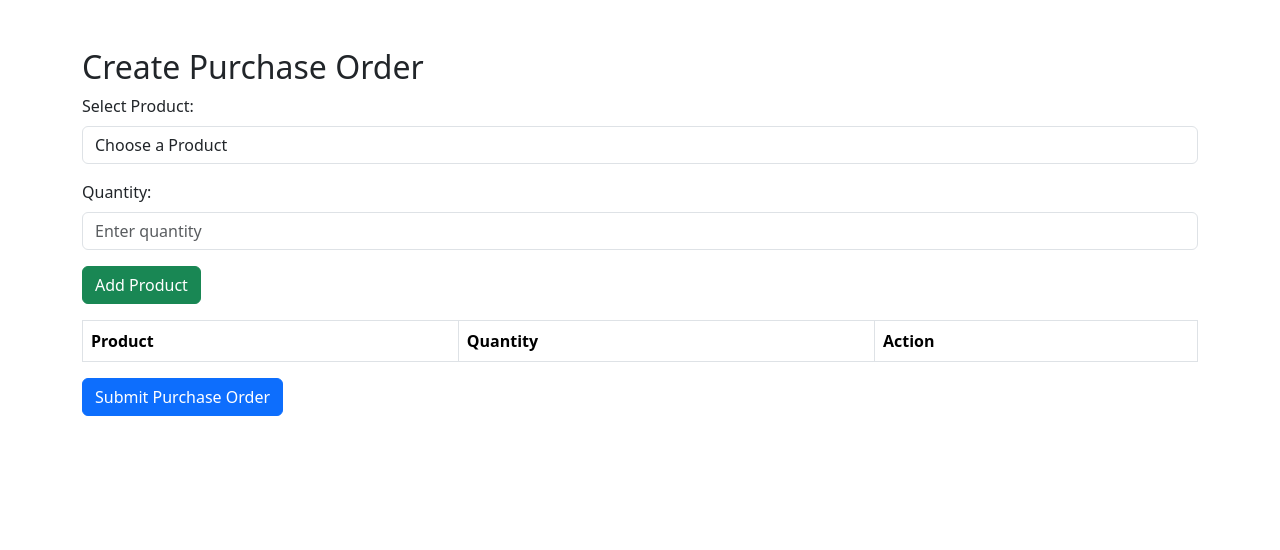
Repository: AditiAjitSalvi/Inventory_Managment
Page: http://localhost/Paper_inventory/Purchase_order.jsp
These files come from the project's save history. The page is drawn as it stood at one moment and after the next save; the edit follows.
The browser window is 1280 px wide. The pictures show the whole page.
The page is served by Tomcat 10. Other server files are loaded and not shown. Queries for data that is not in the repository find no rows.

Above is the page before, as saved 2025-06-03 05:45:57.

### Paper_inventory/Paper_inventory/src/main/webapp/Purchase_order.jsp
<%@ page language="java" contentType="text/html; charset=UTF-8"
	pageEncoding="UTF-8"%>
<%@ page import="java.sql.*"%>
<%@page import="java.sql.DriverManager"%>
<%@page import="com.mysql.cj.jdbc.Driver"%>
<%@page import="java.sql.ResultSet"%>
<%@page import="java.sql.Statement"%>
<%@page import="java.sql.Connection"%>
<!DOCTYPE html>
<html>
<head>
<meta charset="UTF-8">
<meta name="viewport" content="width=device-width, initial-scale=1.0">
<title>Create Purchase Order</title>
<link
	href="https://cdn.jsdelivr.net/npm/bootstrap@5.3.2/dist/css/bootstrap.min.css"
	rel="stylesheet">
</head>
<body>
	<div class="container mt-5">
		<h2>Create Purchase Order</h2>
		<form action="SavePurchase.jsp" method="post" id="purchaseForm">

			<!-- Product Dropdown -->
			<div class="mb-3">
				<label for="product" class="form-label">Select Product:</label> <select
					class="form-control" id="product" name="product">
					<!-- Add name if needed -->
					<option value="" disabled selected>Choose a Product</option>
					<%
    try {
      Class.forName("com.mysql.cj.jdbc.Driver");
      Connection con = DriverManager.getConnection("jdbc:mysql://localhost:3307/inventory", "root", "");
      Statement stmt = con.createStatement();
      ResultSet rs = stmt.executeQuery("SELECT product_id, product_name FROM products");
      while(rs.next()){
  %>
					<option value="<%= rs.getInt("product_id") %>"
						data-name="<%= rs.getString("product_name") %>">
						<%= rs.getString("product_name") %>
					</option>
					<%
      }
      con.close();
    } catch(Exception e) {
      out.println("Error loading products: " + e.getMessage());
    }
  %>
				</select>
			</div>

			<!-- Quantity Input -->
			<div class="mb-3">
				<label for="quantity" class="form-label">Quantity:</label> <input
					type="number" class="form-control" id="quantity" min="1"
					placeholder="Enter quantity">
			</div>

			<!-- Button to add product to order list -->
			<button type="button" class="btn btn-success mb-3"
				onclick="addProduct()">Add Product</button>

			<!-- Purchase Order Product List Table -->
			<table class="table table-bordered" id="productTable">
				<thead>
					<tr>
						<th>Product</th>
						<th>Quantity</th>
						<th>Action</th>
					</tr>
				</thead>
				<tbody>
				</tbody>
			</table>

			<!-- Submit Purchase Order Button -->
			<button type="submit" class="btn btn-primary">Submit
				Purchase Order</button>
		</form>
	</div>

	<!-- Bootstrap Bundle JS -->
	<script
		src="https://cdn.jsdelivr.net/npm/bootstrap@5.3.2/dist/js/bootstrap.bundle.min.js"></script>

	<!-- JavaScript for Dynamic Purchase Order Creation -->
	<script>
    let purchaseProducts = [];

    function addProduct() {
      const productSelect = document.getElementById('product');
      const selectedOption = productSelect.options[productSelect.selectedIndex];
      if (productSelect.value === "") {
        alert("Please select a product.");
        return;
      }
      function addProduct() {
    	  const productSelect = document.getElementById('product');
    	  const selectedOption = productSelect.options[productSelect.selectedIndex];

    	  if (productSelect.value === "") {
    	    alert("Please select a product.");
    	    return;
    	  }

    	  const productId = productSelect.value;
    	  // Safer way to get product name
    	  const productName = selectedOption.getAttribute('data-name') || selectedOption.text;
    	  const quantity = parseInt(document.getElementById('quantity').value);

    	  if (isNaN(quantity) || quantity <= 0) {
    	    alert("Please enter a valid quantity.");
    	    return;
    	  }

    	  // Check if product already added
    	  if (purchaseProducts.some(p => p.productId === productId)) {
    	    alert("Product already added. You can remove it and add again with updated quantity.");
    	    return;
    	  }

    	  purchaseProducts.push({ productId, productName, quantity });

    	  const tableBody = document.getElementById('productTable').getElementsByTagName('tbody')[0];
    	  const newRow = tableBody.insertRow();

    	  newRow.innerHTML = `
    	    <td>${productName} <input type="hidden" name="productId[]" value="${productId}"></td>
    	    <td>${quantity} <input type="hidden" name="quantity[]" value="${quantity}"></td>
    	    <td><button type="button" class="btn btn-danger btn-sm" onclick="removeProduct(this)">Remove</button></td>
    	  `;

    	  // Reset inputs
    	  productSelect.selectedIndex = 0;
    	  document.getElementById('quantity').value = "";
    	}

      const productId = productSelect.value;
      const productName = selectedOption.getAttribute('data-name');
      const quantity = parseInt(document.getElementById('quantity').value);

      if (isNaN(quantity) || quantity <= 0) {
        alert("Please enter a valid quantity.");
        return;
      }

      // Check if product already added — optional: update quantity instead of adding duplicate
      for (let i = 0; i < purchaseProducts.length; i++) {
        if (purchaseProducts[i].productId === productId) {
          alert("Product already added. You can remove it and add again with updated quantity.");
          return;
        }
      }

      // Add to purchaseProducts array
      purchaseProducts.push({
        productId: productId,
        productName: productName,
        quantity: quantity
      });

      // Add a new row to the table
      const tableBody = document.getElementById('productTable').getElementsByTagName('tbody')[0];
      const newRow = tableBody.insertRow();
      newRow.innerHTML = `
        <td>${productName} <input type="hidden" name="productId[]" value="${productId}"></td>
        <td>${quantity} <input type="hidden" name="quantity[]" value="${quantity}"></td>
        <td><button type="button" class="btn btn-danger btn-sm" onclick="removeProduct(this)">Remove</button></td>
      `;

      // Reset inputs
      productSelect.selectedIndex = 0;
      document.getElementById('quantity').value = "";
    }

    function removeProduct(button) {
      const row = button.parentNode.parentNode;
      const productId = row.querySelector("input[name='productId[]']").value;

      // Remove from purchaseProducts array
      purchaseProducts = purchaseProducts.filter(p => p.productId !== productId);

      // Remove row from table
      row.parentNode.removeChild(row);
    }
  </script>
</body>
</html>

After the next save:
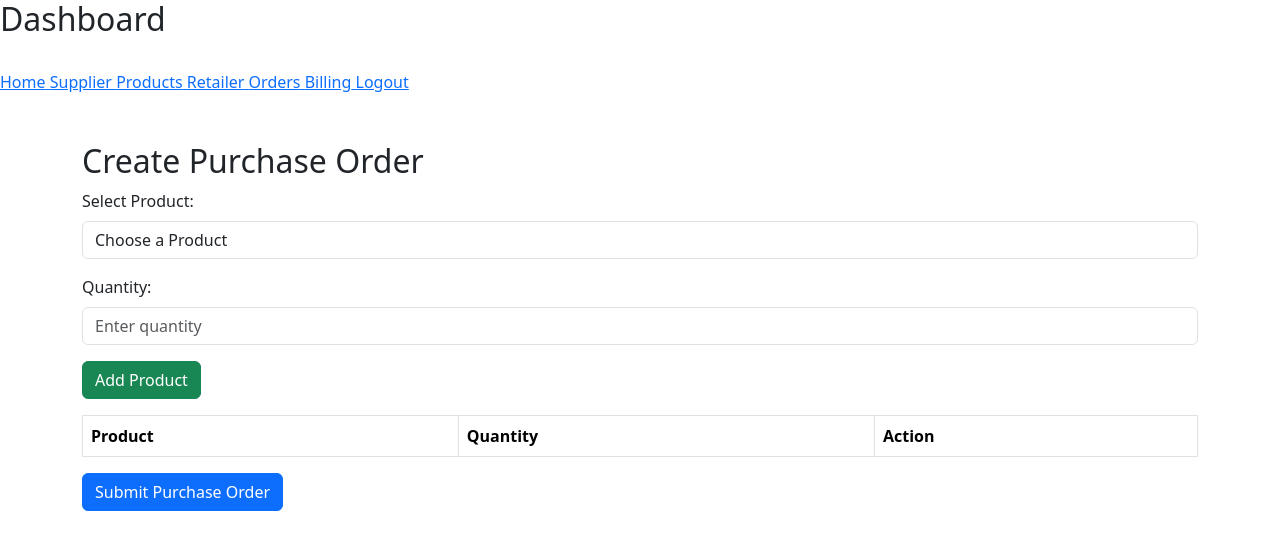
Saved 2 min 19 s later.
--- a/Paper_inventory/Paper_inventory/src/main/webapp/Purchase_order.jsp
+++ b/Paper_inventory/Paper_inventory/src/main/webapp/Purchase_order.jsp
@@ -17,6 +17,36 @@
 	rel="stylesheet">
 </head>
 <body>
+<div class="dashboard-container">
+		<!-- Sidebar -->
+		<div class="sidebar" id="sidebar">
+			<div class="sidebar-header">
+				<h2 class="sidebar-title">Dashboard</h2>
+				<button class="btn sidebar-toggle" id="sidebarToggle">
+					<i class="fa fa-bars"></i>
+				</button>
+			</div>
+			<div class="sidebar-menu">
+				<a href="Home.jsp" class="sidebar-link active"> <i class="fa fa-home"></i>
+					<span class="link-text">Home</span>
+				</a> <a href="" class="sidebar-link"> <i class="fa fa-chart-bar"></i>
+					<span class="link-text">Supplier</span>
+				</a> <a href="Product.jsp" class="sidebar-link"> <i class="fa fa-shopping-bag"></i>
+					<span class="link-text">Products</span>
+				</a> <a href="Retailer.jsp" class="sidebar-link"> <i class="fa fa-users"></i> <span
+					class="link-text">Retailer</span>
+					<a href="Order.jsp" class="sidebar-link">
+						<i class="fa fa-shopping-cart"></i> <span class="link-text">Orders</span>
+				</a>
+
+				</a> <a href="Billing.jsp" class="sidebar-link"> <i class="fa fa-file-invoice"></i>
+					<span class="link-text">Billing</span>
+				</a> <a href="Login.html" class="sidebar-link"> <i
+					class="fa fa-sign-out-alt"></i> <span class="link-text">Logout</span>
+				</a>
+
+			</div>
+		</div>
 	<div class="container mt-5">
 		<h2>Create Purchase Order</h2>
 		<form action="SavePurchase.jsp" method="post" id="purchaseForm">
